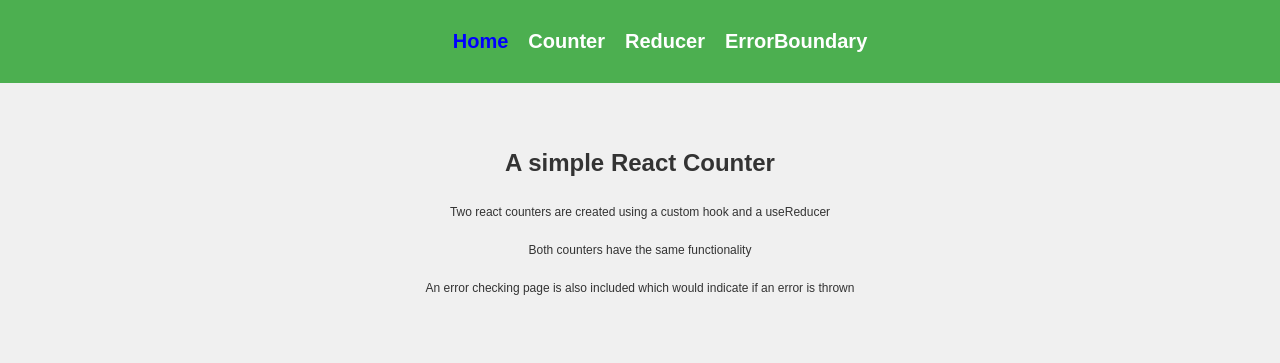
Repository: qudos4real/altschool-second-sem
Page: /
The author's editor kept a copy of each file at every save. The page is drawn from the files as they stood at one save, then again after a run of saves.
The browser window is 1280 px wide. The pictures show the whole page.
The project was rebuilt for these pictures with package versions that can differ from the ones it lists, and the page was loaded fresh each time. Also part of the build but not shown: src/hooks/useCounter.js, src/Components/Counter.js, src/App.css, src/hooks/reducer.1.js, src/Components/Reducer.js, src/Components/NotFound.js, src/Components/ErrorBoundary.js.

Above is the page before, as saved 2022-11-04 19:45:20.

### src/index.js
import React from 'react';
import ReactDOM from 'react-dom/client';
import './index.css';
import App from './App';
// import { BrowserRouter } from 'react-router-dom';
import reportWebVitals from './reportWebVitals';

const root = ReactDOM.createRoot(document.getElementById('root'));
root.render(
  <React.StrictMode>
    {/* <BrowserRouter> */}
    <App />
    {/* </BrowserRouter> */}
  </React.StrictMode>
);

// If you want to start measuring performance in your app, pass a function
// to log results (for example: reportWebVitals(console.log))
// or send to an analytics endpoint. Learn more: https://bit.ly/CRA-vitals
reportWebVitals();

### src/App.js
import React from 'react';
import Counter from './Components/Counter';
import './App.css';
import Reducer from './Components/Reducer';
import Home from './Components/Home';
import NotFound from './Components/NotFound';
import ErrorBoundary from './Components/ErrorBoundary';
import "./CSS/Counter.css";
import { useEffect } from 'react';
import { BrowserRouter as Router, Route, Routes, Link, NavLink } from 'react-router-dom';





function App() {

  useEffect(() => {
    document.title = "React Counter";
    }, []);

  return (
    // <>
    // <Home />
    // <Counter />
    // <Reducer />
    // <NotFound />
    // <ErrorBoundary />
    // </>

    <ErrorBoundary >
    <Router>
      <nav>
        <ul>
          <li>
            <NavLink to="/" end className="link">
              Home
            </NavLink>
          </li>
          <li>
            <NavLink to="counter"  className="link">
              Counter
            </NavLink>
          </li>
          <li>
            <NavLink to="reducer" className="link">
              Reducer
            </NavLink>
          </li>
          <li>
            <NavLink to="ErrorBoundary" className="link">
              ErrorBoundary
            </NavLink>
          </li>
        </ul>
      </nav>
      <Routes>
        <Route path="/" element={<Home />} />
        <Route path="/counter" element={<Counter />} />
        <Route path="/reducer" element={<Reducer />} />
        <Route path="ErrorBoundary" element={<ErrorBoundary />} />
        <Route path="*" element={<NotFound />} />
      </Routes>
    </Router>
    </ErrorBoundary>
  )
}

export default App

### src/Components/Home.js
import React from "react";
import '../CSS/Counter.css';

function Home() {
  return (
    <div className="container">
      <h1>A simple React Counter</h1>
        <p>Two react counters are created using a custom hook and a useReducer </p>
        <p>Both counters have the same functionality</p>
        <p>An error checking page is also included which would indicate if an error is thrown</p>

    </div>
  );
}

export default Home;

### src/CSS/Counter.css
body {
  background-color: #f0f0f0;
  font-family: Arial, Helvetica, sans-serif;
  font-size: 12px;
  color: #333;
  margin: 0;
  padding: 0;
  box-sizing: border-box;
}
.container {
  width: 50%;
  max-width: 500px;
  margin: 0 auto;
  padding: 0 20px;
  display: flex;
  justify-content: center;
  align-items: center;
  flex-direction: column;
  /* border: 1px solid #3e8e41; */
  margin-top: 50px;
}

.btn {
  background-color: #4caf50;
  border: none;
  color: white;
  padding: 10px 20px;
  text-align: center;
  text-decoration: none;
  display: inline-block;
  font-size: 16px;
  margin: 4px 2px;
  cursor: pointer;
  border-radius: 10px;
  font-weight: bold;
}
.btn:hover {
  background-color: #3e8e41;
}
.input {
  width: 50%;
  max-width: 500px;
  padding: 10px;
  border: 1px solid #3e8e41;
  border-radius: 10px;
  margin-bottom: 10px;
}
.label {
  font-size: 20px;
  font-weight: bold;
  margin-bottom: 10px;
}
.value {
  font-size: 150px;
  font-weight: bold;
  margin-bottom: 10px;
  margin-top: 10px;
}
.ErrorText{
    font-size: 20px;
    font-weight: bold;
    margin-bottom: 10px;
    color: red;
}
nav{
    background-color: #4caf50;
    padding: 10px;
    color: white;
    font-size: 20px;
    font-weight: bold;
    text-align: center;
}
nav li{
    display: inline;
    padding: 10px;
}
nav a{
    color: white;
    text-decoration: none;
}
nav a:hover{
    color: #3e8e41;
}

.active{
    font-size: 20px;
    font-weight: bold;
    margin-bottom: 10px;
    color: blue;
}

Loaded but not shown: public/index.html (common file); src/index.css (common file); src/reportWebVitals.js (common file)

After the next 2 saves:
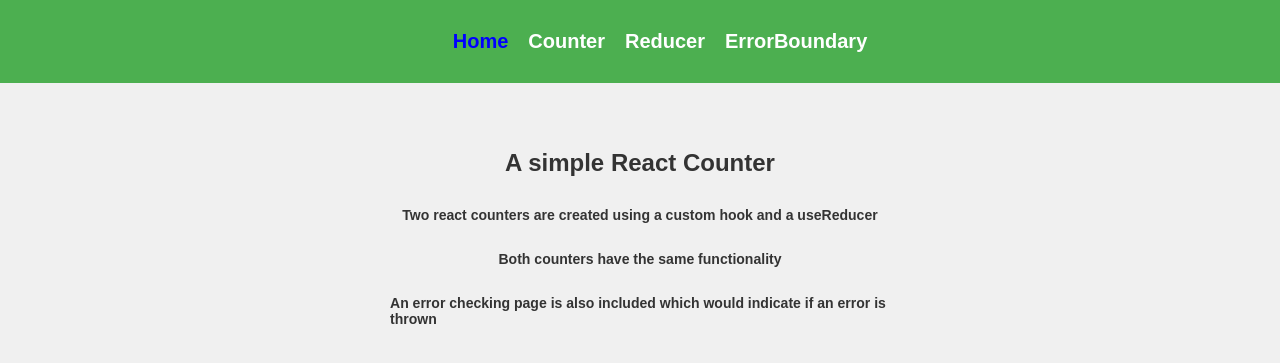
The 2 saves are shown as one change because 1 did not build or start.
The last was saved 47 s later.
--- a/src/Components/Home.js
+++ b/src/Components/Home.js
@@ -5,9 +5,9 @@ function Home() {
   return (
     <div className="container">
       <h1>A simple React Counter</h1>
-        <p>Two react counters are created using a custom hook and a useReducer </p>
-        <p>Both counters have the same functionality</p>
-        <p>An error checking page is also included which would indicate if an error is thrown</p>
+        <h3>Two react counters are created using a custom hook and a useReducer </h3>
+        <h3>Both counters have the same functionality</h3>
+        <h3>An error checking page is also included which would indicate if an error is thrown</h3>
 
     </div>
   );
